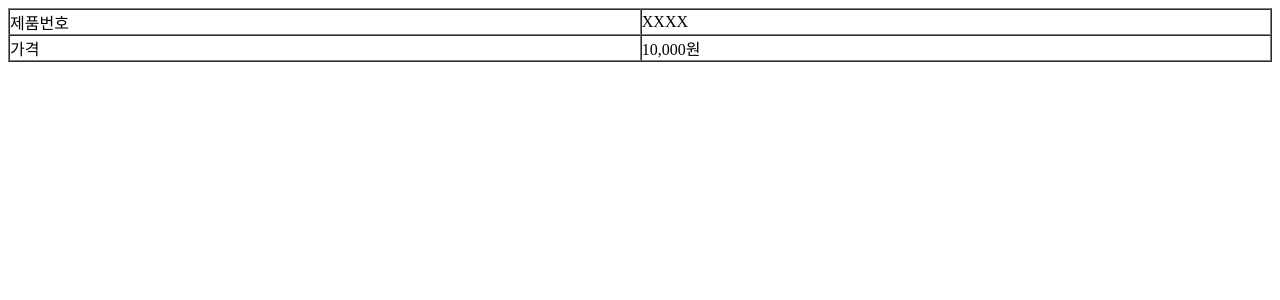
Repository: kwonminsung0/jspStudy
Page: http://localhost/jspStudy/temp/template/info_view.jsp
These files come from the project's save history. The page is drawn as it stood at one moment and after the next save; the edit follows.
The browser window is 1280 px wide. The pictures show the whole page.
The page is served by Tomcat 9.

Above is the page before, as saved 2024-12-10 01:52:13.

After the next save:
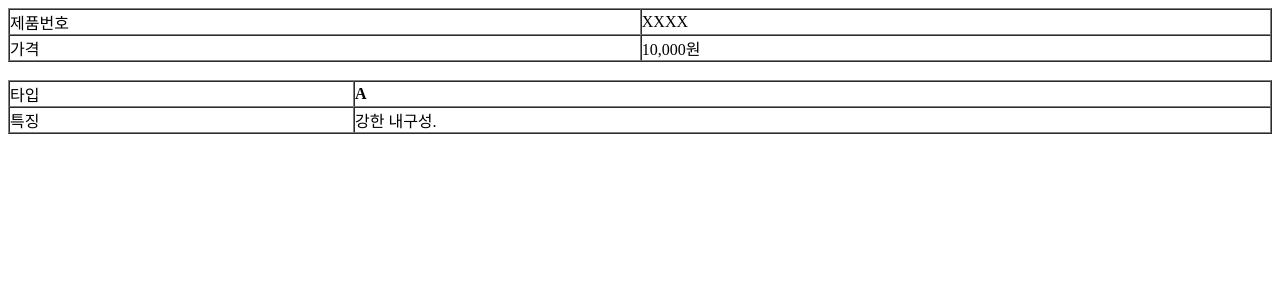
Saved 75 s later.
--- a/jspStudy/src/main/webapp/temp/template/info_view.jsp
+++ b/jspStudy/src/main/webapp/temp/template/info_view.jsp
@@ -9,3 +9,6 @@
 		<td>10,000원</td>
 	</tr>
 </table>
+<jsp:include page="infoSub.jsp" flush="false">
+    <jsp:param name="type" value="A" />
+ </jsp:include>
